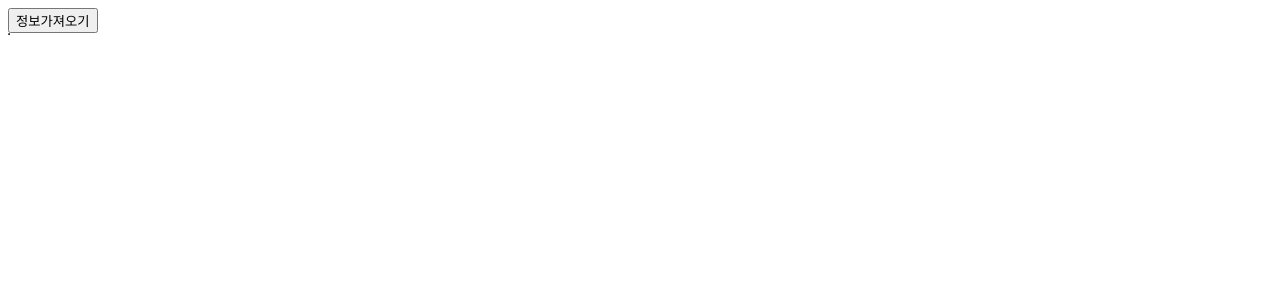
Repository: ted4010/jspstudy
Page: 001_servlet/src/main/webapp/pkg08_ajax/NewFile.html
These files come from the project's save history. The page is drawn as it stood at one moment and after the next save; the edit follows.
The browser window is 1280 px wide. The pictures show the whole page.

Above is the page before, as saved 2024-03-04 01:39:00.
Console error: SyntaxError: Unexpected token '+='

After the next save:
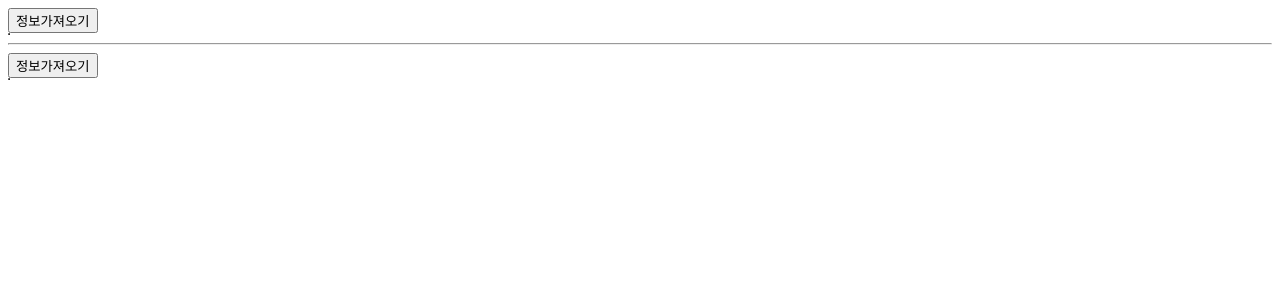
The error is gone.
Saved 52 s later.
--- a/001_servlet/src/main/webapp/pkg08_ajax/NewFile.html
+++ b/001_servlet/src/main/webapp/pkg08_ajax/NewFile.html
@@ -51,7 +51,7 @@
           // <local desc="맑음" ta="4.5">속초</local>
           const locals = xmlDoc.getElementByTagName('local');
           for(let i = 0; i < locals.length; i++) {
-        	  let str += '<tr>';
+        	  let str = '<tr>';
         	  str += '<td>' + locals[i].textContent + '</td>';
         	  str += '<td>' + locals[i].getAttribute('desc') + '</td>';
         	  str += '<td>' + locals[i].getAttribute('ta') + '</td>';
@@ -66,5 +66,16 @@
 
   </script>
 
+  <hr>
+
+   <div>
+    <button type="button" id="btn1">정보가져오기</button>
+  </div>
+  <table border="1">
+    <tbody id="contents1"></tbody>
+  </table>
+
+
+
 </body>
 </html>
